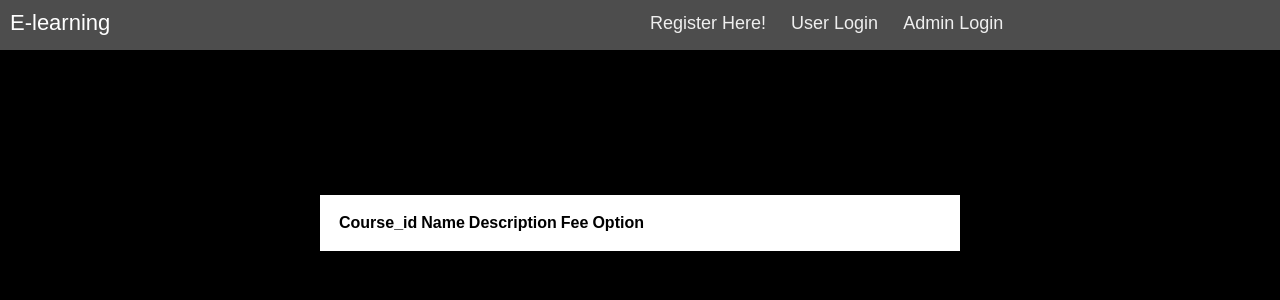
Repository: hemanthchallacs/learning_spring_boot
Page: http://localhost/courseList
The author's editor kept a copy of each file at every save. The page is drawn from the files as they stood at one save, then again after the next save.
The browser window is 1280 px wide. The pictures show the whole page.
The page is this project's Thymeleaf template; nobody is signed in. The template is opened directly, without the code that normally fills it, so the values that code supplies are empty.

Above is the page before, as saved 2021-07-12 19:16:56.

After the next save:
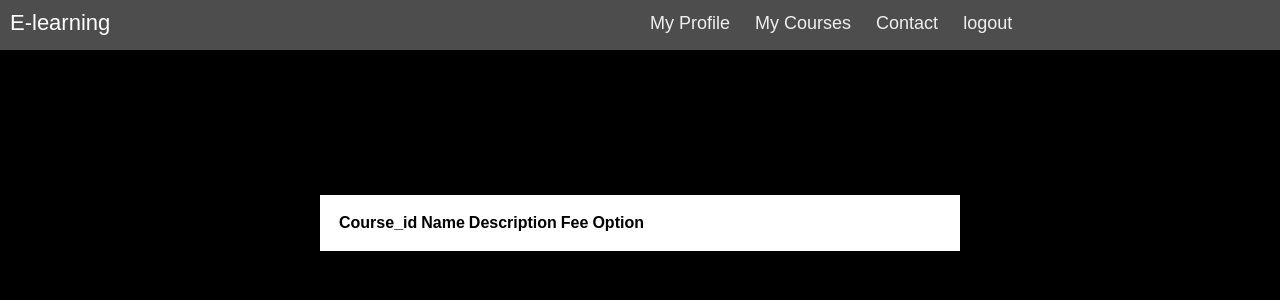
Saved 28 s later.
--- a/ver1_elearning/src/main/resources/templates/courseList.html
+++ b/ver1_elearning/src/main/resources/templates/courseList.html
@@ -226,9 +226,10 @@ a {
   </div>
 
   <div class="nav-links">
-   <a th:href=@{/RegistrationForm}>Register Here!</a>
-	<a th:href=@{/login}>User Login</a>
-	<a th:href=@{/adminlogin}>Admin Login</a>
+   <a th:href=@{/myProfile}>My Profile </a>
+<a th:href=@{/myCourses}>My Courses </a>
+<a th:href=@{/contact}>Contact </a>
+<a th:href=@{/logout}>logout </a>
 
   </div>
 </div>
